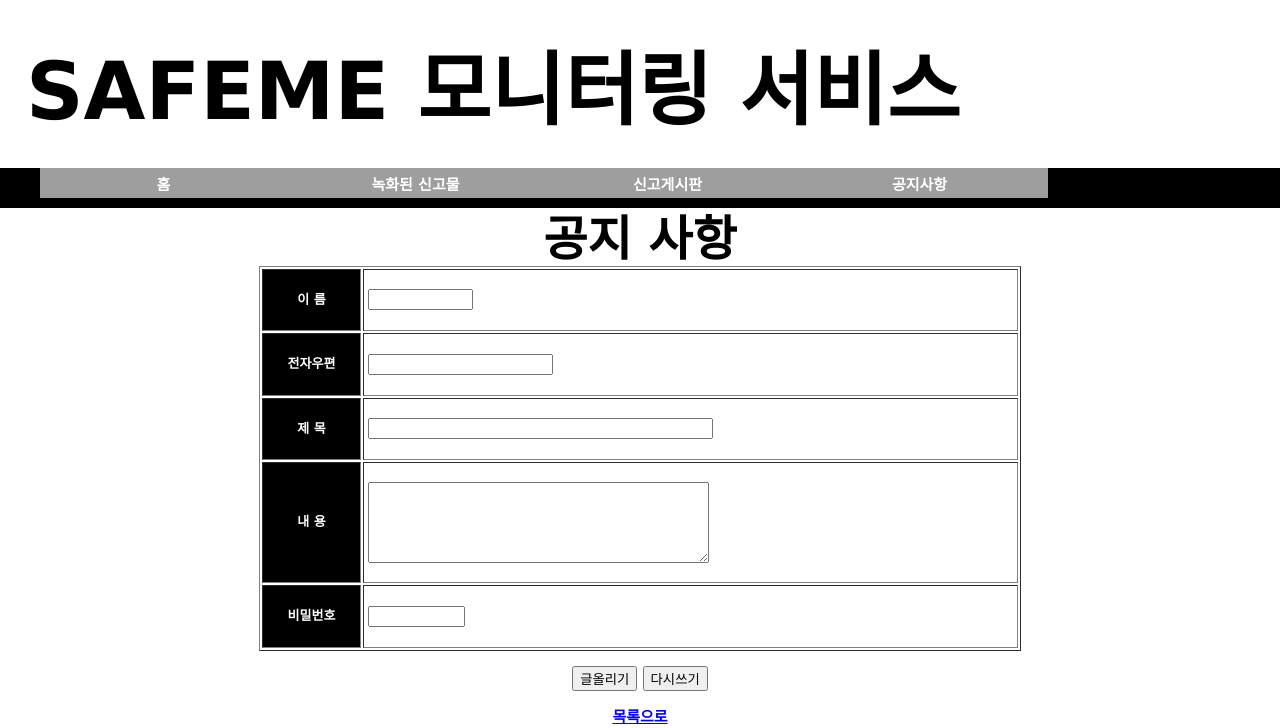
Repository: imdasom/SafeMe
Page: http://localhost/SafeMe/homepage/write1.jsp
The author's editor kept a copy of each file at every save. The page is drawn from the files as they stood at one save, then again after the next save.
The browser window is 1280 px wide. The pictures show the whole page.
Pictures or frames that could not be fetched are drawn as grey boxes. The page is served by Tomcat 9.

Above is the page before, as saved 2015-12-15 12:28:44.

After the next save:
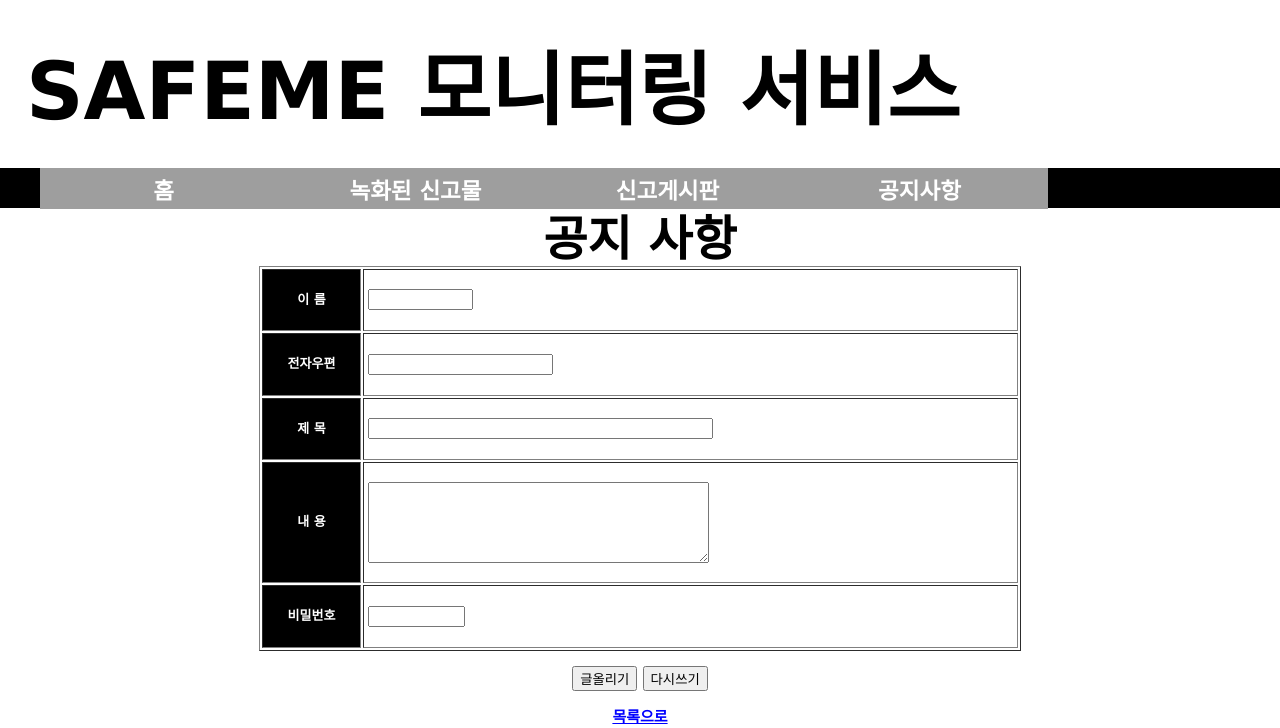
Saved 5 s later.
--- a/FinalSafeMeWeb/SafeMe/homepage/Home.jsp
+++ b/FinalSafeMeWeb/SafeMe/homepage/Home.jsp
@@ -25,7 +25,7 @@ h2{
       float:left;
       width:100%;
       background:#000;
-      font-size:100%;
+      font-size:150%;
       line-height:normal;
       height: 40px;
       }
